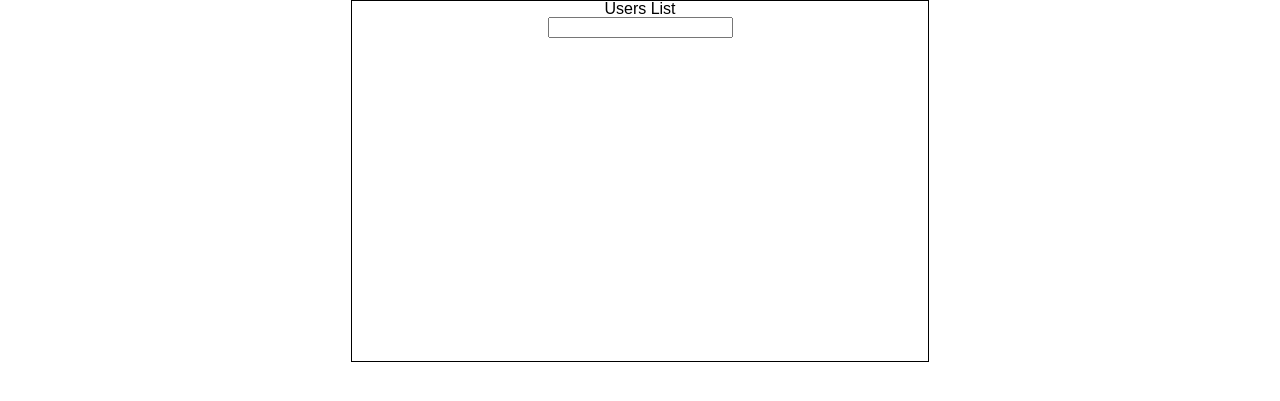
Repository: TomaszBeben/FirstTypescript
Page: /
An editor plug-in stored every save of this project. The page is shown before and after the next save, followed by the edit.
The browser window is 1280 px wide. The pictures show the whole page.
The page's requests for data from a server got no answer. The project was rebuilt for these pictures with package versions that can differ from the ones it lists, and the page was loaded fresh each time. No one was signed in, and anything a server would have sent is missing.

Above is the page before, as saved 2021-12-22 20:12:39.

After the next save:
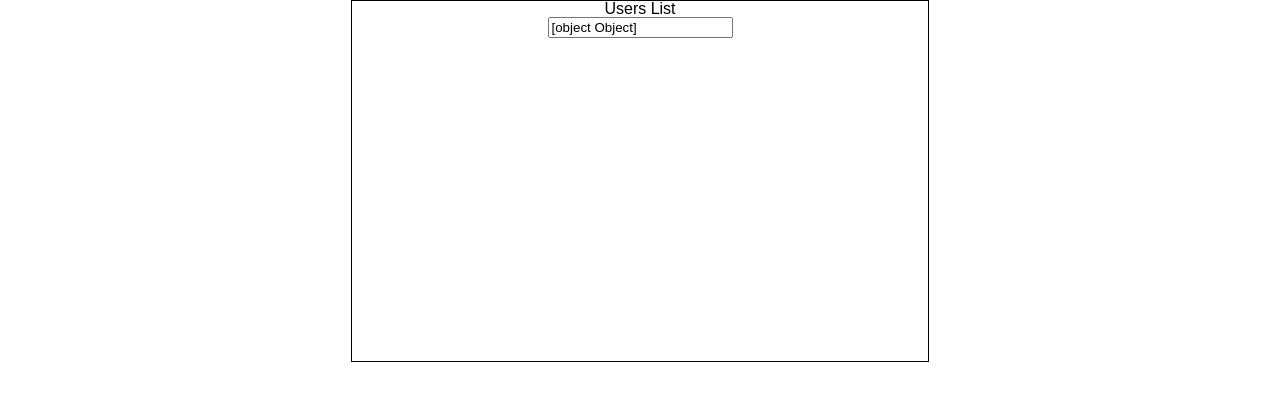
Saved 2 min 30 s later.
--- a/src/components/search/Search.tsx
+++ b/src/components/search/Search.tsx
@@ -5,7 +5,7 @@
     setSearch: Dispatch<SetStateAction<S>>
 }
 
-const Search: Props = ({search, setSearch}) => {
+const Search: Props = (search, setSearch) => {
     return (
         <>
             <input type="text" value={search} onChange={(e) => setSearch(e.target.value)} />

After the 2 saves that followed:
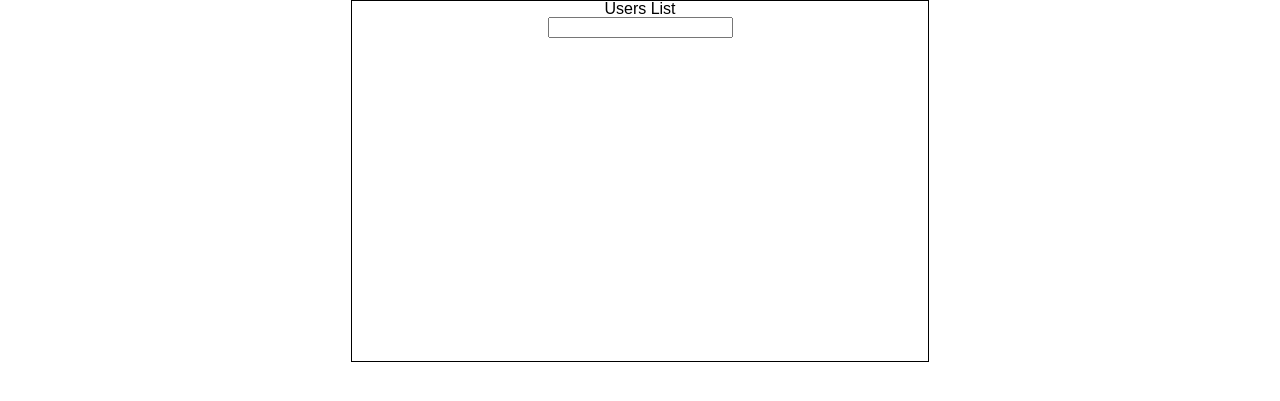
The 2 saves are shown as one change because 1 did not build or start.
The last was saved 9 min 5 s later.
--- a/src/components/search/Search.tsx
+++ b/src/components/search/Search.tsx
@@ -1,11 +1,11 @@
-import React, { Dispatch, SetStateAction } from 'react'
+import React, { FC, Dispatch, SetStateAction } from 'react'
 
-type Props = {
+type props = {
     search: string,
     setSearch: Dispatch<SetStateAction<S>>
 }
 
-const Search: Props = (search, setSearch) => {
+const Search: FC<props> = ({search, setSearch}) => {
     return (
         <>
             <input type="text" value={search} onChange={(e) => setSearch(e.target.value)} />
